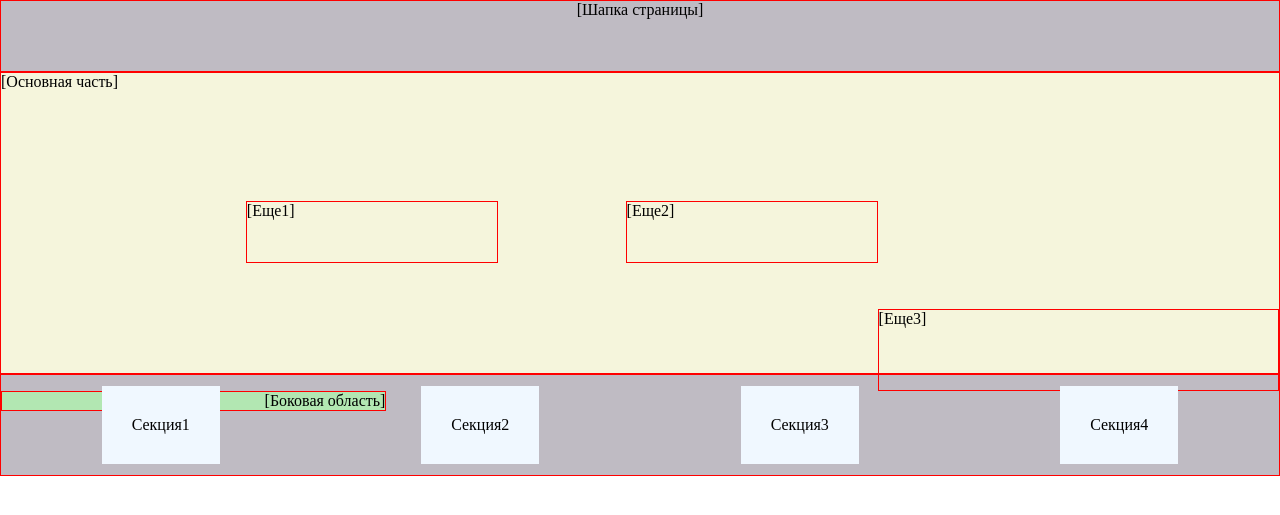
Repository: IrinaGetmanenko/week5
Page: week5/index.html
These files come from the project's save history. The page is drawn as it stood at one moment and after the next save; the edit follows.
The browser window is 1280 px wide. The pictures show the whole page.

Above is the page before, as saved 2022-08-28 20:27:10.

### week5/index.html
<!DOCTYPE html>
<html lang="en">
<head>
    <meta charset="UTF-8">
    <meta http-equiv="X-UA-Compatible" content="IE=edge">
    <meta name="viewport" content="width=device-width, initial-scale=1.0">
    <link rel="stylesheet" href="normalize.css">
    <title>Document</title>
    <style>
    .container{
        display: flex;
        justify-content: center;
        flex-wrap: wrap;

    }

    .h1{
        display: flex;
        justify-content: center;
        border: 1px solid red;
        height: 70px;
        background-color: #bfbbc3;
    }

    .container-2{
        display: flex;
        justify-content: row;
        border: 1px solid red;
        background-color: beige;
        height: 300px;
        flex-wrap: wrap;

    }
    .section1{
        display: flex;
        border: 1px solid red;
        align-self: center;
        height: 20%;
        width:  250px;
        margin: 10%;

    }
    .section2{
        display: flex;
        border: 1px solid red;
        align-self: center;
        height: 20%;
        width:  250px;
    }

    .section3{
        flex: auto;
        border: 1px solid red;
        align-self: flex-end;
        height: 80px;
        width:  50px;

    }
    .aside{
        display: flex;
        justify-content: flex-end;
        border: 1px solid red;
        background-color: rgb(178, 231, 178);
        width: 30%;



    }
    .footer{
        display: flex;
        justify-content: space-around;
        border: 1px solid red;
        height: 100px;
        background-color: #bfbbc3;
        flex-wrap: wrap;
    }
.f1{

    align-self: center;
    padding: 30px;
    background-color: aliceblue;


}
.f2{

    align-self: center;
    padding: 30px;
    background-color: aliceblue;
}
.f3{

    align-self: center;
    padding: 30px;
    background-color: aliceblue;
}
.f4{

    align-self: center;
    padding: 30px;
    background-color: aliceblue;
}
    </style>
</head>
<body class="container-1">
    <header class="h1" >[Шапка страницы]</header>

<main>
<main class="container-2">[Основная часть]
<main class="section1">[Eще1]</main>
<main class="section2">[Еще2]</main>
<main class="section3">[Еще3]</main>
<aside class="aside">[Боковая область]</aside>
</main>

</main>

<footer class="footer">
       <footer class="f1">Секция1</footer>
       <footer class="f2">Секция2</footer>
       <footer class="f3">Секция3</footer>
       <footer class="f4">Секция4</footer>
</footer>

</body>
</html>

Loaded but not shown: week5/normalize.css (library)

After the next save:
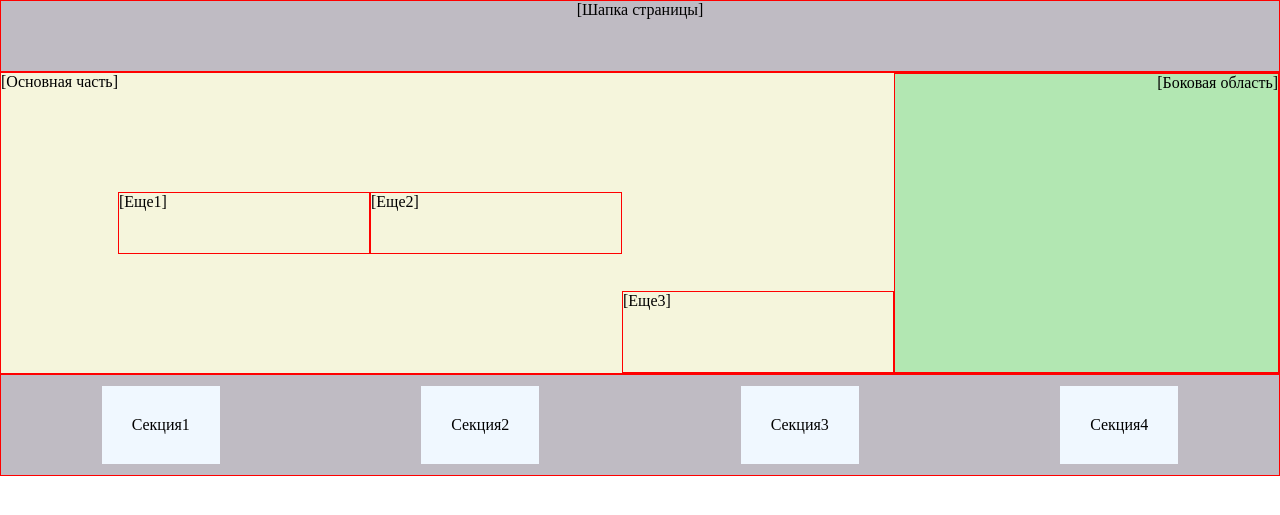
Saved 34 s later.
--- a/week5/index.html
+++ b/week5/index.html
@@ -37,7 +37,7 @@
         align-self: center;
         height: 20%;
         width:  250px;
-        margin: 10%;
+
 
     }
     .section2{
